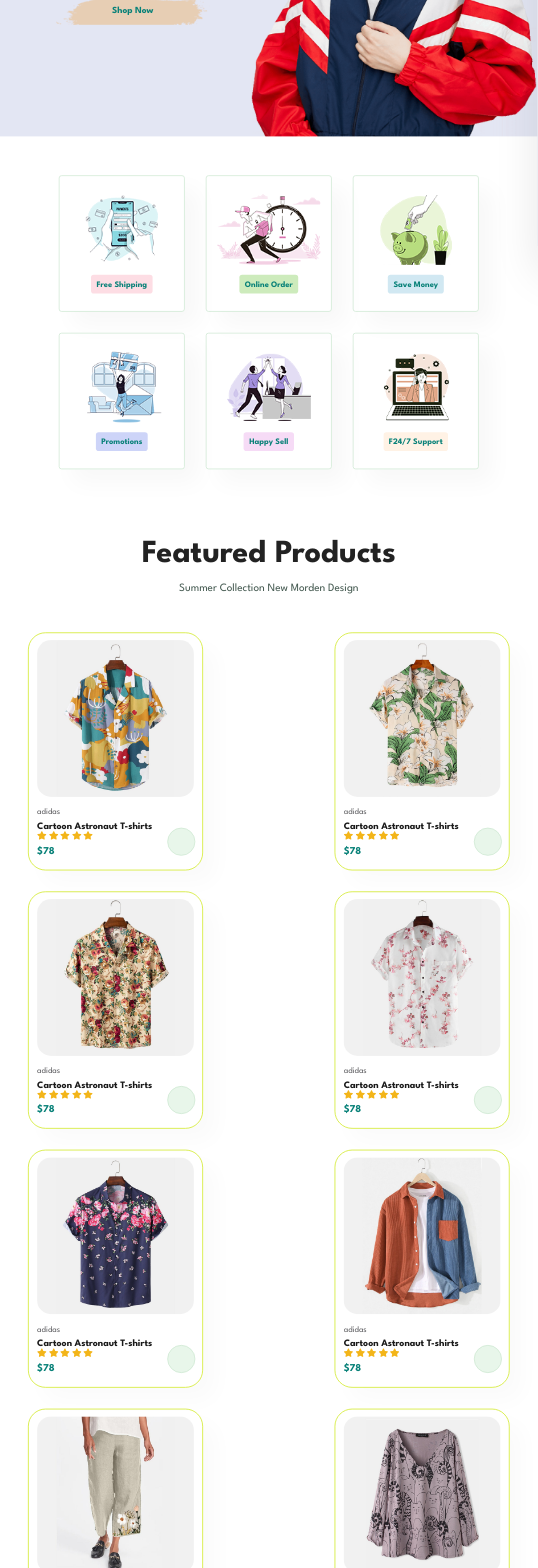
Repository: quy261001/cara
Page: index.html
An editor plug-in stored every save of this project. The page is shown before and after the next save, followed by the edit.
The browser window is 768 px wide. The pictures show the part of the page from y = 449 to 2689 px (the page is 7257 px tall), at 70% of full size.

Above is the page before, as saved 2022-05-02 23:52:18.

### index.html
<!DOCTYPE html>
<html lang="en">
<head>
  <meta charset="UTF-8">
  <meta http-equiv="X-UA-Compatible" content="IE=edge">
  <meta name="viewport" content="width=device-width, initial-scale=1.0">
  <link rel="stylesheet" href="style.css">
  <title>Cara</title>
</head>
<body>
  <section class="header">
    <a href="#"><img src="img/logo.png" class="logo" alt=""></a>

    <div>
      <ul class="navbar">
        <li><a class="active" href="index.html">Home</a></li>
        <li><a href="shop.html">Shop</a></li>
        <li><a href="blog.html">Blog</a></li>
        <li><a href="about.html">About</a></li>
        <li><a href="contact.html">Contact</a></li>
        <li class="lg-bag"><a href="cart.html"><i class="far fa-shopping-bag"></i></a></li>
        <a href="#" class="close"><i class="far fa-times"></i></a>
      </ul>
    </div>
    <div class="mobile">
      <a href="cart.html"><i class="menu far fa-shopping-bag"></i></a>
      <div class="bar">
        <i class=" fas fa-outdent"></i>
      </div>
    </div>
  </section>

  <section class="hero">
    <h4>Trade-in-offer</h4>
    <h2>Super value deals</h2>
    <h1>On all products</h1>
    <p>Save more with coupon & up to 70% off!</p>
    <button>Shop Now</button>
  </section>

  <section class="feature section-p1">
    <div class="fe-box">
      <img src="img/features/f1.png" alt="">
      <h6>Free Shipping</h6>
    </div>
    <div class="fe-box">
      <img src="img/features/f2.png" alt="">
      <h6>Online Order</h6>
    </div>
    <div class="fe-box">
      <img src="img/features/f3.png" alt="">
      <h6>Save Money</h6>
    </div>
    <div class="fe-box">
      <img src="img/features/f4.png" alt="">
      <h6>Promotions</h6>
    </div>
    <div class="fe-box">
      <img src="img/features/f5.png" alt="">
      <h6>Happy Sell</h6>
    </div>
    <div class="fe-box">
      <img src="img/features/f6.png" alt="">
      <h6>F24/7 Support</h6>
    </div>
  </section>

  <section class="product1 section-p1">
    <h2>Featured Products</h2>
    <p>Summer Collection New Morden Design</p>
    <div class="pro-container">
      <div class="pro">
        <img src="img/products/f1.jpg" alt="">
        <div class="des">
          <span>adidas</span>
          <h5>Cartoon Astronaut T-shirts</h5>
          <div class="star">
            <i class="fas fa-star"></i>
            <i class="fas fa-star"></i>
            <i class="fas fa-star"></i>
            <i class="fas fa-star"></i>
            <i class="fas fa-star"></i>
          </div>
          <h4>$78</h4>
        </div>
        <a href=""><i class="fal fa-shopping-cart cart"></i></a>
      </div>
      <div class="pro">
        <img src="img/products/f2.jpg" alt="">
        <div class="des">
          <span>adidas</span>
          <h5>Cartoon Astronaut T-shirts</h5>
          <div class="star">
            <i class="fas fa-star"></i>
            <i class="fas fa-star"></i>
            <i class="fas fa-star"></i>
            <i class="fas fa-star"></i>
            <i class="fas fa-star"></i>
          </div>
          <h4>$78</h4>
        </div>
        <a href=""><i class="fal fa-shopping-cart cart"></i></a>
      </div>
      <div class="pro">
        <img src="img/products/f3.jpg" alt="">
        <div class="des">
          <span>adidas</span>
          <h5>Cartoon Astronaut T-shirts</h5>
          <div class="star">
            <i class="fas fa-star"></i>
            <i class="fas fa-star"></i>
            <i class="fas fa-star"></i>
            <i class="fas fa-star"></i>
            <i class="fas fa-star"></i>
          </div>
          <h4>$78</h4>
        </div>
        <a href=""><i class="fal fa-shopping-cart cart"></i></a>
      </div>
      <div class="pro">
        <img src="img/products/f4.jpg" alt="">
        <div class="des">
          <span>adidas</span>
          <h5>Cartoon Astronaut T-shirts</h5>
          <div class="star">
            <i class="fas fa-star"></i>
            <i class="fas fa-star"></i>
            <i class="fas fa-star"></i>
            <i class="fas fa-star"></i>
            <i class="fas fa-star"></i>
          </div>
          <h4>$78</h4>
        </div>
        <a href=""><i class="fal fa-shopping-cart cart"></i></a>
      </div>
      <div class="pro">
        <img src="img/products/f5.jpg" alt="">
        <div class="des">
          <span>adidas</span>
          <h5>Cartoon Astronaut T-shirts</h5>
          <div class="star">
            <i class="fas fa-star"></i>
            <i class="fas fa-star"></i>
            <i class="fas fa-star"></i>
            <i class="fas fa-star"></i>
            <i class="fas fa-star"></i>
          </div>
          <h4>$78</h4>
        </div>
        <a href=""><i class="fal fa-shopping-cart cart"></i></a>
      </div>
      <div class="pro">
        <img src="img/products/f6.jpg" alt="">
        <div class="des">
          <span>adidas</span>
          <h5>Cartoon Astronaut T-shirts</h5>
          <div class="star">
            <i class="fas fa-star"></i>
            <i class="fas fa-star"></i>
            <i class="fas fa-star"></i>
            <i class="fas fa-star"></i>
            <i class="fas fa-star"></i>
          </div>
          <h4>$78</h4>
        </div>
        <a href=""><i class="fal fa-shopping-cart cart"></i></a>
      </div>
      <div class="pro">
        <img src="img/products/f7.jpg" alt="">
        <div class="des">
          <span>adidas</span>
          <h5>Cartoon Astronaut T-shirts</h5>
          <div class="star">
            <i class="fas fa-star"></i>
            <i class="fas fa-star"></i>
            <i class="fas fa-star"></i>
            <i class="fas fa-star"></i>
            <i class="fas fa-star"></i>
          </div>
          <h4>$78</h4>
        </div>
        <a href=""><i class="fal fa-shopping-cart cart"></i></a>
      </div>
      <div class="pro">
        <img src="img/products/f8.jpg" alt="">
        <div class="des">
          <span>adidas</span>
          <h5>Cartoon Astronaut T-shirts</h5>
          <div class="star">
            <i class="fas fa-star"></i>
            <i class="fas fa-star"></i>
            <i class="fas fa-star"></i>
            <i class="fas fa-star"></i>
            <i class="fas fa-star"></i>
          </div>
          <h4>$78</h4>
        </div>
        <a href=""><i class="fal fa-shopping-cart cart"></i></a>
      </div>
    </div>

  </section>

  <section class="banner section-m1">
    <h4>Repair Services</h4>
    <h2>Up to <span>70% Off</span> All t-shirts & Accessories</h2>
    <button class="normal">Explore More</button>
  </section>

  <section class="product1 section-p1">
    <h2>New Arrivals</h2>
    <p>Summer Collection New Morden Design</p>
    <div class="pro-container">
      <div class="pro">
        <img src="img/products/n1.jpg" alt="">
        <div class="des">
          <span>adidas</span>
          <h5>Cartoon Astronaut T-shirts</h5>
          <div class="star">
            <i class="fas fa-star"></i>
            <i class="fas fa-star"></i>
            <i class="fas fa-star"></i>
            <i class="fas fa-star"></i>
            <i class="fas fa-star"></i>
          </div>
          <h4>$78</h4>
        </div>
        <a href=""><i class="fal fa-shopping-cart cart"></i></a>
      </div>
      <div class="pro">
        <img src="img/products/n2.jpg" alt="">
        <div class="des">
          <span>adidas</span>
          <h5>Cartoon Astronaut T-shirts</h5>
          <div class="star">
            <i class="fas fa-star"></i>
            <i class="fas fa-star"></i>
            <i class="fas fa-star"></i>
            <i class="fas fa-star"></i>
            <i class="fas fa-star"></i>
          </div>
          <h4>$78</h4>
        </div>
        <a href=""><i class="fal fa-shopping-cart cart"></i></a>
      </div>
      <div class="pro">
        <img src="img/products/n3.jpg" alt="">
        <div class="des">
          <span>adidas</span>
          <h5>Cartoon Astronaut T-shirts</h5>
          <div class="star">
            <i class="fas fa-star"></i>
            <i class="fas fa-star"></i>
            <i class="fas fa-star"></i>
            <i class="fas fa-star"></i>
            <i class="fas fa-star"></i>
          </div>
          <h4>$78</h4>
        </div>
        <a href=""><i class="fal fa-shopping-cart cart"></i></a>
      </div>
      <div class="pro">
        <img src="img/products/n4.jpg" alt="">
        <div class="des">
          <span>adidas</span>
          <h5>Cartoon Astronaut T-shirts</h5>
          <div class="star">
            <i class="fas fa-star"></i>
            <i class="fas fa-star"></i>
            <i class="fas fa-star"></i>
            <i class="fas fa-star"></i>
            <i class="fas fa-star"></i>
          </div>
          <h4>$78</h4>
        </div>
        <a href=""><i class="fal fa-shopping-cart cart"></i></a>
      </div>
      <div class="pro">
        <img src="img/products/n5.jpg" alt="">
        <div class="des">
          <span>adidas</span>
          <h5>Cartoon Astronaut T-shirts</h5>
          <div class="star">
            <i class="fas fa-star"></i>
            <i class="fas fa-star"></i>
            <i class="fas fa-star"></i>
            <i class="fas fa-star"></i>
            <i class="fas fa-star"></i>
          </div>
          <h4>$78</h4>
        </div>
        <a href=""><i class="fal fa-shopping-cart cart"></i></a>
      </div>
      <div class="pro">
        <img src="img/products/n6.jpg" alt="">
        <div class="des">
          <span>adidas</span>
          <h5>Cartoon Astronaut T-shirts</h5>
          <div class="star">
            <i class="fas fa-star"></i>
            <i class="fas fa-star"></i>
            <i class="fas fa-star"></i>
            <i class="fas fa-star"></i>
            <i class="fas fa-star"></i>
          </div>
          <h4>$78</h4>
        </div>
        <a href=""><i class="fal fa-shopping-cart cart"></i></a>
      </div>
      <div class="pro">
        <img src="img/products/n7.jpg" alt="">
        <div class="des">
          <span>adidas</span>
          <h5>Cartoon Astronaut T-shirts</h5>
          <div class="star">
            <i class="fas fa-star"></i>
            <i class="fas fa-star"></i>
            <i class="fas fa-star"></i>
            <i class="fas fa-star"></i>
            <i class="fas fa-star"></i>
          </div>
          <h4>$78</h4>
        </div>
        <a href=""><i class="fal fa-shopping-cart cart"></i></a>
      </div>
      <div class="pro">
        <img src="img/products/n8.jpg" alt="">
        <div class="des">
          <span>adidas</span>
          <h5>Cartoon Astronaut T-shirts</h5>
          <div class="star">
            <i class="fas fa-star"></i>
            <i class="fas fa-star"></i>
            <i class="fas fa-star"></i>
            <i class="fas fa-star"></i>
            <i class="fas fa-star"></i>
          </div>
          <h4>$78</h4>
        </div>
        <a href=""><i class="fal fa-shopping-cart cart"></i></a>
      </div>
    </div>

  </section>

  <section class="sm-banner section-p1">
      <div class="banner-box">
        <h4>crazy deals</h4>
        <h2>buy 1 get 1 free</h2>
        <span>The best classic dress is on sale at cara</span>
        <button class="while">Learn More</button>
      </div>
      <div class="banner-box banner-box2">
        <h4>spring/sumer</h4>
        <h2>upcomming season</h2>
        <span>The best classic dress is on sale at cara</span>
        <button class="while">Collection</button>
      </div>
  </section>

  <div class="banner3 section-p1">
    <div class="banner-box">
      <h2>SEASONAL SALE</h2>
      <h3>Winter Collection -50% OFF</h3>
    </div>
    <div class="banner-box banner-box2">
      <h2>NEW FOOTWEAR COLLECTION</h2>
      <h3>Spring / Summer 2022</h3>
    </div>
    <div class="banner-box banner-box3">
      <h2>T-SHIRTS</h2>
      <h3>New Trendy Prints</h3>
    </div>
  </div>

  <section class="newsletter section-p1 section-m1">
      <div class="newstext">
          <h4>Sign Up For newsletters</h4>
          <p>Get E-mail updates about our latest shop and <span>special offers</span></p>
      </div>
      <div class="form">
        <input type="text" placeholder="Your email address">
        <button class="normal">Sign Up </button>
      </div>
  </section>

  <footer class="section-p1">
    <div class="col">
      <img class="logo" src="img/logo.png" alt="">
      <h4>Contact</h4>
      <p><strong>Address: </strong>562 Wellington Road, Street 32, San Francisco</p>
      <p><strong>Phone: </strong>+01 2222 365 /(+91) 01 2345 6789</p>
      <p><strong>Hours: </strong>10:00 - 18:00, Mon - Sat</p>
      <div class="follow">
        <h4>Follow us</h4>
        <div class="icon">
          <i class="fab fa-facebook-f"></i>
          <i class="fab fa-twitter"></i>
          <i class="fab fa-instagram"></i>
          <i class="fab fa-pinterest-p"></i>
          <i class="fab fa-youtube"></i>
        </div>
      </div>
    </div>

    <div class="col">
      <h4>About</h4>
      <a href="#">About us</a>
      <a href="#">Delivery Information</a>
      <a href="#">Privacy Policy</a>
      <a href="#">Terms & Conditions</a>
      <a href="#">Contact Us</a>
    </div>

    <div class="col">
      <h4>My Account</h4>
      <a href="#">Account</a>
      <a href="#">Sign In</a>
      <a href="#">View Cart</a>
      <a href="#">My Wishlist</a>
      <a href="#">Track My Order</a>
      <a href="#">Help</a>
    </div>

    <div class="col install">
      <h4>Install App</h4>
      <p>From App Store or Google Play</p>
      <div class="row">
        <img src="img/pay/app.jpg" alt="">
        <img src="img/pay/play.jpg" alt="">
      </div>
      <p>Secured Payment Gateways</p>
      <img src="img/pay/pay.png" alt="">
    </div>
  </footer>
  <section>
    <div class="copyright">
      <p>@ 2021, Teach2 etc - HTML CSS Ecommerce Template</p>
    </div>
  </section>
  <script src="script.js"></script>
  <script defer src="https://pro.fontawesome.com/releases/v5.15.4/js/all.js"></script>
</body>
</html>

### style.css
@import url('https://fonts.googleapis.com/css2?family=League+Spartan:wght@100;200;300;400;500;600;700;800;900&display=swap');
* {
  margin: 0;
  padding: 0;
  box-sizing: border-box;
  font-family: 'League Spartan', sans-serif;
}
h1 {
  font-size: 50px;
  line-height: 64px;
  color: #222;
}
h2 {
  font-size: 46px;
  line-height: 53px;
  color: #222;
}
h4 {
  font-size: 20px;
  color: #222;
}
h6 {
  font-weight: 700;
  font-size: 12px;
}
p {
  font-size: 16px;
  color: #465b52;
  margin: 15px 0 20px 0;
}
.section-p1 {
  padding: 40px 80px;
}
.section-m1 {
  margin: 40px 0;
}
button.normal {
  font-size: 14px;
  font-weight: 600;
  padding: 15px 30px;
  color: #000;
  background-color: #fff;
  border-radius: 4px;
  cursor: pointer;
  border: none;
  outline: none;
  transition: 0.2s;
}
button.while {
  font-size: 13px;
  font-weight: 600;
  padding: 11px 22px;
  color: #000;
  background-color: transparent;
  cursor: pointer;
  border: 1px solid #fff;
  outline: none;
  transition: 0.2s;
}
body {
  width: 100%;
}

/* Header-start */
.header {
  display: flex;
  justify-content: space-between;
  align-items: center;
  padding: 20px 80px;
  background-color: #E3E6F3;
  box-shadow: 0 5px 15px rgba(0, 0, 0, 0.06);
  z-index: 999;
  position: sticky;
  top: 0;
  left: 0;
}

.navbar {
  display: flex;
  align-items: center;
  justify-content: center;
}

.navbar li {
  list-style: none;
  padding: 0 20px;
  position: relative;
}

.navbar li a {
  text-decoration: none;
  font-size:16px;
  font-weight: 600;
  color: #1a1a1a;
  transition: 0.3s ease;
}

.navbar li a:hover,
.navbar li a.active {
  color: #088178;
}

.navbar li a.active::after,
.navbar li a:hover::after {
  content: "";
  width: 30%;
  height: 2px;
  background-color: #088178;
  position: absolute;
  bottom: -4px;
  left: 20px;
}
.mobile {
  display: none;
  align-items: center;
}
.close {
  display: none;
}
/* Home page */
.hero {
  background-image: url("img/hero4.png");
  height: 90vh;
  width: 100%;
  background-position: top 25% right 0;
  background-size: cover;
  display: flex;
  justify-content: center;
  align-items: flex-start;
  flex-direction: column;
  padding: 0 80px;
}

.hero h4 {
  padding-bottom: 15px;
}

.hero h1 {
  color: #088178;
}

.hero button {
  background-image: url("img/button.png");
  background-color: transparent;
  color: #088178;
  border: 0;
  padding: 14px 80px 14px 80px;
  background-repeat: no-repeat;
  cursor: pointer;
  font-weight: 700;
}

.feature {
  display: flex;
  align-items: center;
  justify-content: space-between;
  flex-wrap: wrap;
}

.feature .fe-box {
   width: 180px;
   text-align: center;
   padding: 25px 15px;
   box-shadow: 20px 20px 34px rgba(0, 0, 0, 0.03);
   border: 1px solid #cce7d0;
   border-radius: 4px;
   margin: 15px 0;
}

.feature .fe-box:hover {
  box-shadow: 10px 10px 54px rgba(70, 62, 221, 0.1);
}
.feature .fe-box img {
  width: 100%;
  margin-bottom: 10px;
}
.feature .fe-box h6 {
  display: inline-block;
  padding: 9px 8px 6px 8px;
  line-height: 1;
  border-radius: 4px;
  color: #088178;
  background-color: #fddde4;
}
.feature .fe-box:nth-child(2) h6 {
  background-color: #cdebbc;
}
.feature .fe-box:nth-child(3) h6 {
  background-color: #d1e8f2;
}
.feature .fe-box:nth-child(4) h6 {
  background-color: #cdd4f8;
}
.feature .fe-box:nth-child(5) h6 {
  background-color: #f6dbf6;
}
.feature .fe-box:nth-child(6) h6 {
  background-color: #fff2e5;
}

.product1 {
  text-align: center;
}
.product1 .pro-container {
  display: flex;
  justify-content: space-between;
  flex-wrap: wrap;
  padding-top: 20px;
}
.product1 .pro {
  position: relative;
  width: 23%;
  min-width: 250px;
  padding: 10px 12px;
  border: 1px solid #cce70d;
  border-radius: 25px;
  cursor: pointer;
  box-shadow: 20px 20px 30px rgba(0, 0, 0, 0.02);
  margin: 15px 0;
  transition: 0.2s ease;
}
.product1 .pro:hover {
  box-shadow: 20px 20px 30px rgba(0, 0, 0, 0.06);
}
.product1 .pro img {
  width: 100%;
  border-radius: 20px;
}
.product1 .pro .des {
  text-align: start;
  padding: 10px 0;
}
.product1 .pro .des span {
  color: #606063;
  font-size: 12px;
}
.product1 .pro .des h5 {
  padding-top: 7px;
  color: #1a1a1a;
  font-size: 14px;
}
.star {
  font-size: 12px;
  color: rgb(243, 181, 25);
}
.product1 .pro .des h4 {
  padding-top: 7px;
  font-size: 15px;
  font-weight: 700;
  color: #088178;
}
.product1 .pro .cart {
  width: 40px;
  height: 40px;
  line-height: 40px;
  border-radius: 50px;
  background-color: #e8f6ea;
  font-weight: 500;
  color: #088178;
  border: 1px solid #cce7d0;
  padding: 10px;
  position: absolute;
  bottom: 20px;
  right: 10px;
}

.banner {
  display: flex;
  flex-direction: column;
  justify-content: center;
  align-items: center;
  background-image: url("img/banner/b2.jpg");
  width: 100%;
  height: 40vh;
  background-size: cover;
  background-position: center;
}
.banner h4 {
  color: #fff;
  font-size: 16px;
}
.banner h2 {
  color: #fff;
  font-size: 30px;
  padding: 10px 0;
}
.banner h2 span {
  color: #ef3636;
}
.banner button:hover {
  background: #088178;
  color: #fff;
}

.sm-banner {
  display: flex;
  justify-content: space-between;
  flex-wrap: wrap;
}

.sm-banner .banner-box {
  display: flex;
  flex-direction: column;
  justify-content: center;
  align-items: flex-start;
  text-align: center;
  background-image: url("img/banner/b17.jpg");
  min-width: 49%;
  height: 50vh;
  background-size: cover;
  background-position: center;
  padding: 30px;
}
.sm-banner .banner-box2 {
  background-image: url("img/banner/b10.jpg");
}
.sm-banner h4 {
  color: #fff;
  font-size: 30px;
  font-weight: 300;
}
.sm-banner h2 {
  color: #fff;
  font-size: 38px;
  font-weight: 800;
}
.sm-banner span {
  color: #fff;
  font-size: 24px;
  font-weight: 500;
  margin-bottom: 15px;
}
.sm-banner .banner-box:hover button {
  background-color: #088178;
  border: 1px solid #088178;
}

.banner3 {
  display: flex;
  justify-content: space-between;
  flex-wrap: wrap;
}

.banner3 .banner-box {
  display: flex;
  flex-direction: column;
  justify-content: center;
  align-items: flex-start;
  text-align: center;
  background-image: url("img/banner/b7.jpg");
  min-width: 30%;
  height: 30vh;
  background-size: cover;
  background-position: center;
  padding: 20px;
  margin-bottom: 20px;
}

.banner3 .banner-box2 {
  background-image: url("img/banner/b4.jpg");
}

.banner3 .banner-box3 {
  background-image: url("img/banner/b18.jpg");
}

.banner3 h2 {
  color: #fff;
  font-weight: 900;
  font-size: 22px;
}

.banner3 h3 {
  color: #ec544e;
  font-weight: 800;
  font-size: 15px;
}

.newsletter {
  display: flex;
  justify-content: space-between;
  flex-wrap: wrap;
  align-items: center;
  background-image: url("img/banner/b14.png");
  background-repeat: no-repeat;
  background-position: 20% 30%;
  background-color: #041e42;
}
.newsletter h4 {
  font-size: 22px;
  font-weight: 700;
  color: #fff;
}
.newsletter p {
  font-size: 14px;
  font-weight: 600;
  color: #818ea0;
}
.newsletter p span {
  color: #ffbd27;
}

.newsletter .form {
  display: flex;
  width: 40%;
}

.newsletter input {
  height: 3.125rem;
  width: 24.125rem;
  padding: 0 1.25rem;
  font-size: 14px;
  border: 1px solid transparent;
  border-radius: 4px;
  outline: none;
  border-top-right-radius: 0;
  border-bottom-right-radius: 0;
}
.newsletter button {
  background-color: #088178;
  color: #fff;
  white-space: nowrap;
  padding:18px 30px;
  border-top-left-radius: 0;
  border-bottom-left-radius: 0;
}

footer {
  display: flex;
  flex-wrap: wrap;
  justify-content: space-between;
}
footer .col {
  display: flex;
  flex-direction: column;
  align-items: flex-start;
  margin-bottom: 20px;
}
footer .logo {
    margin-bottom: 30px;
}
footer h4 {
  font-size: 14px;
  margin-bottom: 20px;
}
footer p {
  font-size: 13px;
  margin: 0 0 8px 0;
}
footer a  {
  font-size: 13px;
  text-decoration: none;
  color: #222;
  margin-bottom: 10px;
}
footer .follow {
  margin-top: 20px;
}
footer .follow i {
  color: #456b52;
  padding-right: 4px;
  cursor: pointer;
}
footer .install .row img {
  border: 1px solid #088178;
  border-radius: 6px;
}
footer .install img {
  margin: 10px 0 15px 0;
}
footer .folow i:hover,
footer a:hover {
  color: #088178;
}
.copyright {
  width: 100%;
  text-align: center;
}

/* Start Media Query */

@media (max-width: 799px) {
  .section-p1 {
    padding: 40px 40px;
  }
  .navbar {
    display: flex;
    flex-direction: column;
    align-items: flex-start;
    justify-content: flex-start;
    position: fixed;
    top: 0;
    right: -300px;
    height: 100vh;
    width: 300px;
    background-color: #E3E6F3;
    box-shadow: 0 40px 60px rgba(0, 0, 0, 0.1);
    padding: 80px 0 0 10px;
    transition: 0.3s;
  }
    .active {
    right: 0px;
  }
  .navbar li {
    margin-bottom: 25px;
  }
  .mobile {
    display: flex;
    align-items: center;
  }
  .mobile .menu {
    /* display: none; */
    color: #1a1a1a;
    font-size: 20px;
    margin-right: 20px;
  }
  .mobile .bar {
    color: #1a1a1a;
    font-size: 20px;
    padding-left: 10px;
  }
  .close {
    display: block;
    position: absolute;
    top: 30px;
    left: 30px;
    color: #222;
    font-size: 24px;
  }
  .lg-bag {
    display: none;
  }
  .hero {
    height: 70vh;
    padding: 0 80px;
    background-position: top 30% right 30%;
  }
  .feature {
    justify-content: center;
  }
  .feature .fe-box {
    margin: 15px 15px;
  }
}

### script.js
const bar = document.querySelector(".bar");
const nav = document.querySelector(".navbar");
const close = document.querySelector(".close");
console.log(bar)
console.log(nav)
if(bar) {
  bar.addEventListener("click", () => {
    nav.classList.add("active");
  })
}
if(close) {
  close.addEventListener("click", () => {
    nav.classList.remove("active");
  })
}

After the next save:
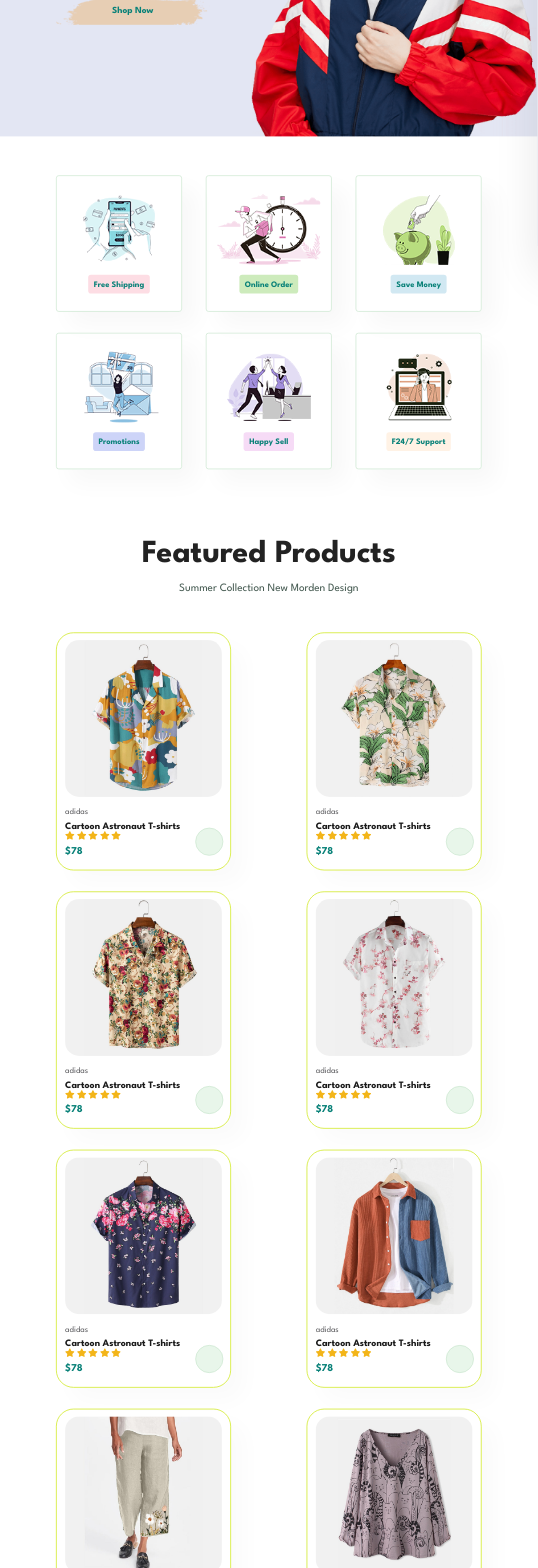
Saved 32 s later.
--- a/style.css
+++ b/style.css
@@ -480,9 +480,9 @@ footer a:hover {
 /* Start Media Query */
 
 @media (max-width: 799px) {
-  .section-p1 {
+  /* .section-p1 {
     padding: 40px 40px;
-  }
+  } */
   .navbar {
     display: flex;
     flex-direction: column;
@@ -535,10 +535,10 @@ footer a:hover {
     padding: 0 80px;
     background-position: top 30% right 30%;
   }
-  .feature {
+  /* .feature {
     justify-content: center;
   }
   .feature .fe-box {
     margin: 15px 15px;
-  }
-}
+  } */
+}
